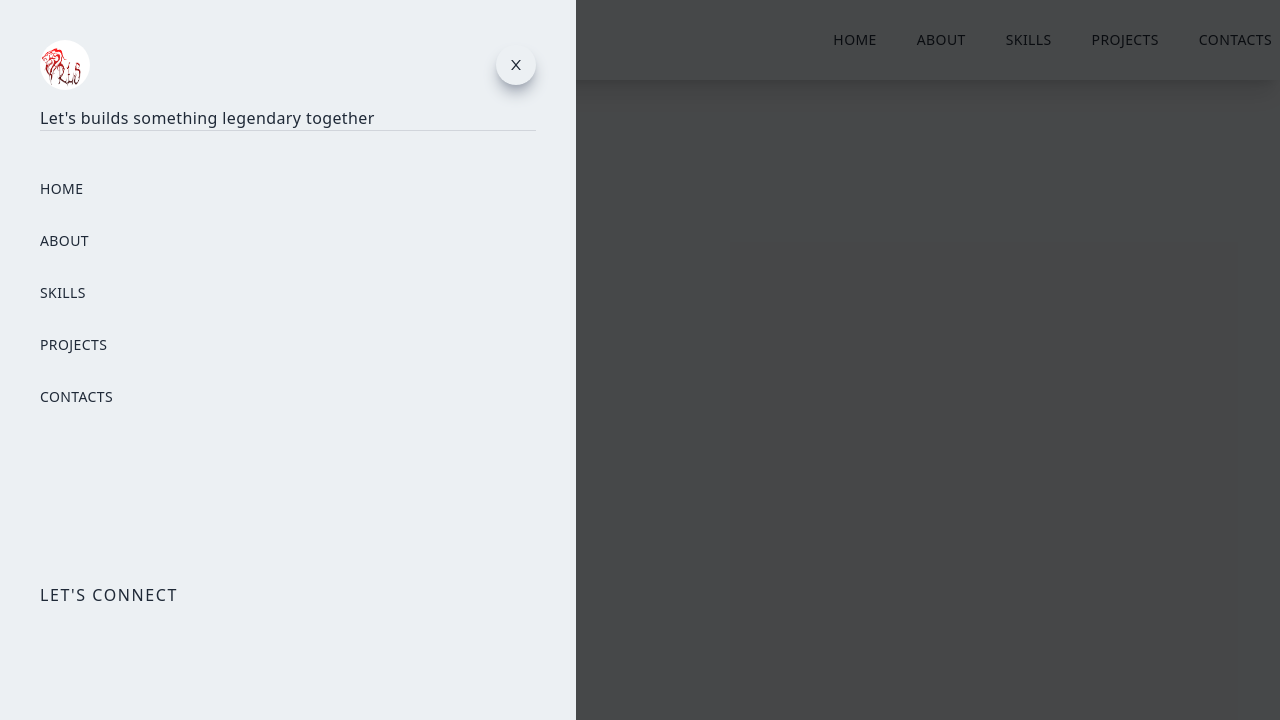
Repository: ram2642/portfolio-using-next-js
Page: /
The author's editor kept a copy of each file at every save. The page is drawn from the files as they stood at one save, then again after a run of saves.
The browser window is 1280 px wide. The pictures show the whole page.
The project was rebuilt for these pictures with package versions that can differ from the ones it lists, and the page was loaded fresh each time. The framework's server and built-in components were replaced by stand-ins that run in the browser. Also part of the build but not shown: next.config.js.

Above is the page before, as saved 2022-09-01 04:12:18.

After the next 2 saves:
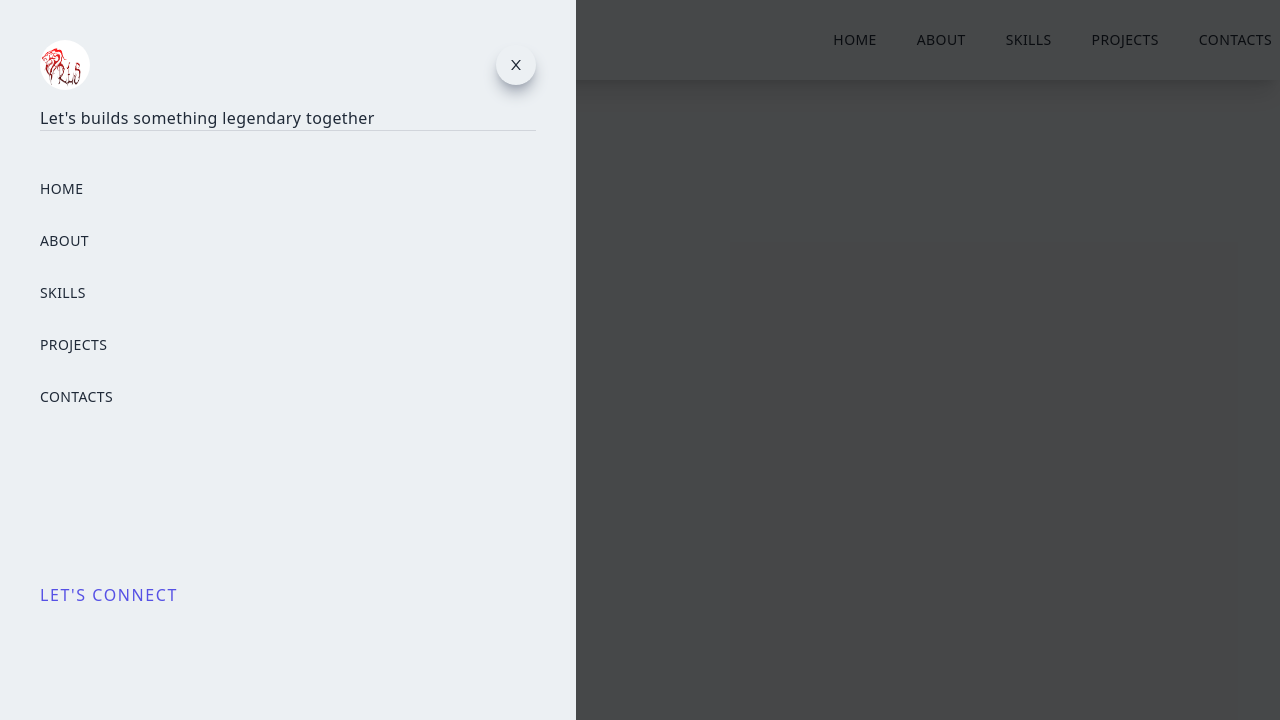
The 2 saves are shown as one change because they came seconds apart.
The last was saved 6 s later.
--- a/components/Navbar.jsx
+++ b/components/Navbar.jsx
@@ -78,7 +78,7 @@
                 </Link>
             </ul>
             <div className="pt-40">
-             <p className='uppercase tracking-widest text-[#56'>Let's Connect</p>
+             <p className='uppercase tracking-widest text-[#5651e5]'>Let's Connect</p>
             </div>
           </div>
         </div>
